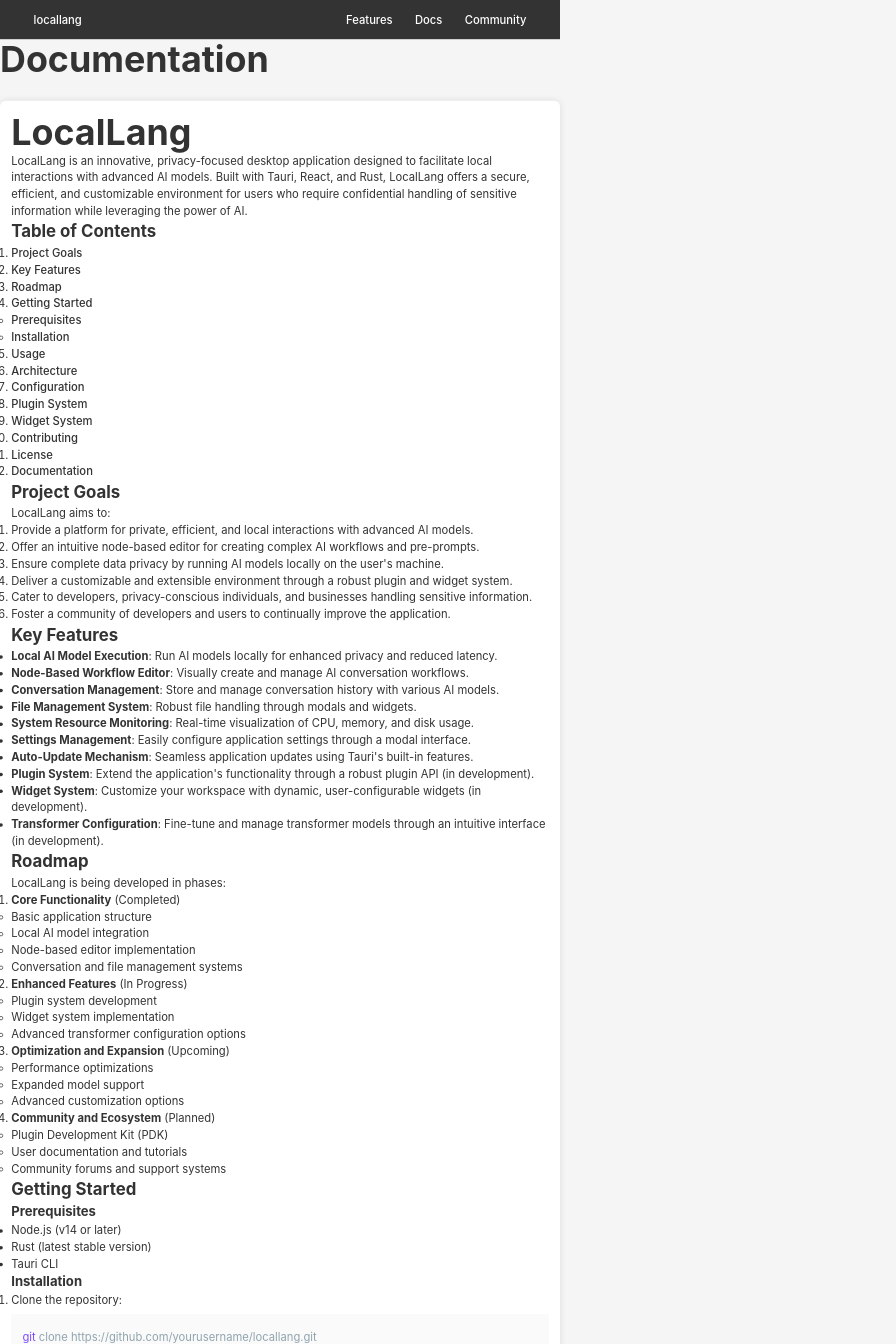
Repository: LayerDynamics/LocalLang-site
Page: /docs
An editor plug-in stored every save of this project. The page is shown before and after the next save, followed by the edit.
The browser window is 1280 px wide. The pictures show the part of the page from y = 0 to 1920 px (the page is 4062 px tall), at 70% of full size.
The page's requests for data from a server got no answer. The project was rebuilt for these pictures with package versions that can differ from the ones it lists, and the page was loaded fresh each time. No one was signed in, and anything a server would have sent is missing. Also part of the build but not shown: vite.config.ts, src/components/Landing.tsx, src/pages/Home.tsx, src/components/FeaturesShowcase.tsx, src/pages/Features.tsx, src/pages/Community.tsx.

Above is the page before, as saved 2024-08-31 09:31:46.

### src/App.tsx
/// src/App.tsx
import React from 'react';
import { BrowserRouter as Router, Route, Routes } from 'react-router-dom';
import Home from './pages/Home';
import Features from './pages/Features';
import Docs from './pages/Docs';
import Community from './pages/Community';
import Header from './components/Header';
import Footer from './components/Footer';
import GlobalStyles from './styles/GlobalStyles';

const App: React.FC = () => {
  return (
    <>
      <GlobalStyles />
      <Router>
        <Header />
        <Routes>
          <Route path="/" element={<Home />} />
          <Route path="/features" element={<Features />} />
          <Route path="/docs" element={<Docs />} />
          <Route path="/community" element={<Community />} />
        </Routes>
        <Footer />
      </Router>
    </>
  );
};

export default App;

### src/pages/Docs.tsx
// src/pages/Docs.tsx
import React from 'react';
import DocsContainer from '../components/DocsContainer';

const Docs: React.FC = () => {
  return (
    <div>
      <h1>Documentation</h1>
      <DocsContainer />
    </div>
  );
};

export default Docs;

### src/components/Header.tsx
// src/components/Header.tsx
import React from 'react';
import { Link } from 'react-router-dom';
import styled from 'styled-components';

const Nav = styled.nav`
  display: flex;
  justify-content: space-between;
  padding: 1rem 2rem;
  background-color: #333;
  color: white;

  a {
    color: white;
    margin: 0 1rem;
  }
`;

const Header: React.FC = () => {
  return (
    <Nav>
      <div>
        <Link to="/">locallang</Link>
      </div>
      <div>
        <Link to="/features">Features</Link>
        <Link to="/docs">Docs</Link>
        <Link to="/community">Community</Link>
      </div>
    </Nav>
  );
};

export default Header;

### src/components/Footer.tsx
// src/components/Footer.tsx
import React from 'react';
import styled from 'styled-components';
import { FaGithub, FaTwitter } from 'react-icons/fa';

const FooterContainer = styled.footer`
  display: flex;
  justify-content: center;
  padding: 1rem;
  background-color: #222;
  color: white;

  a {
    margin: 0 1rem;
    color: white;
  }
`;

const Footer: React.FC = () => {
  return (
    <FooterContainer>
      <a href="https://github.com/layerdynamics">
        <FaGithub size={30} />
      </a>
      <a href="https://twitter.com/your-profile">
        <FaTwitter size={30} />
      </a>
    </FooterContainer>
  );
};

export default Footer;

### src/styles/GlobalStyles.ts
// src/styles/GlobalStyles.ts
import { createGlobalStyle } from 'styled-components';

const GlobalStyles = createGlobalStyle`
  * {
    box-sizing: border-box;
    margin: 0;
    padding: 0;
    font-family: 'Inter', sans-serif;
  }

  body {
    background-color: #f5f5f5;
    color: #333;
  }

  a {
    text-decoration: none;
    color: inherit;
  }
`;

export default GlobalStyles;

### src/components/DocsContainer.tsx
// src/components/DocsContainer.tsx
import React, { useEffect, useState } from 'react';
import ReactMarkdown from 'react-markdown';
import styled from 'styled-components';
import { Prism as SyntaxHighlighter } from 'react-syntax-highlighter';
import { materialLight } from 'react-syntax-highlighter/dist/esm/styles/prism';

const Container = styled.div`
  max-width: 800px;
  margin: 2rem auto;
  padding: 1rem;
  background: #fff;
  box-shadow: 0 0 10px rgba(0, 0, 0, 0.1);
  border-radius: 8px;
`;

const DocsContainer: React.FC = () => {
  const [markdown, setMarkdown] = useState<string>('');

  useEffect(() => {
    const fetchMarkdown = async () => {
      try {
        // Attempt to fetch the markdown file from the remote GitHub repository
        const response = await fetch(
          'https://raw.githubusercontent.com/<your-github-username>/locallang/main/README.md'
        );
        if (!response.ok) throw new Error('Network response was not ok');
        const text = await response.text();
        setMarkdown(text);
      } catch (error) {
        console.error('Fetching remote README.md failed, switching to local.', error);
        // Switch to loading the local markdown file if the remote fetch fails
        switchToLocalMarkdown();
      }
    };

    const switchToLocalMarkdown = async () => {
      try {
        // Fetch the local markdown file from the public folder
        const response = await fetch('/README.md');
        if (!response.ok) throw new Error('Failed to load local README.md');
        const text = await response.text();
        setMarkdown(text);
      } catch (error) {
        console.error('Failed to load local README.md', error);
        setMarkdown('Error: Documentation is currently unavailable.');
      }
    };

    fetchMarkdown();
  }, []);

  return (
    <Container>
      <ReactMarkdown
        components={{
          code({ node, inline, className, children, ...props }) {
            const match = /language-(\w+)/.exec(className || '');
            return !inline && match ? (
              <SyntaxHighlighter style={materialLight} language={match[1]} PreTag="div" {...props}>
                {String(children).replace(/\n$/, '')}
              </SyntaxHighlighter>
            ) : (
              <code className={className} {...props}>
                {children}
              </code>
            );
          },
        }}
      >
        {markdown}
      </ReactMarkdown>
    </Container>
  );
};

export default DocsContainer;

### public/README.md
# LocalLang

LocalLang is an innovative, privacy-focused desktop application designed to facilitate local interactions with advanced AI models. Built with Tauri, React, and Rust, LocalLang offers a secure, efficient, and customizable environment for users who require confidential handling of sensitive information while leveraging the power of AI.

## Table of Contents

1. [Project Goals](#project-goals)
2. [Key Features](#key-features)
3. [Roadmap](#roadmap)
4. [Getting Started](#getting-started)
   - [Prerequisites](#prerequisites)
   - [Installation](#installation)
5. [Usage](#usage)
6. [Architecture](#architecture)
7. [Configuration](#configuration)
8. [Plugin System](#plugin-system)
9. [Widget System](#widget-system)
10. [Contributing](#contributing)
11. [License](#license)
12. [Documentation](#documentation)

## Project Goals

LocalLang aims to:

1. Provide a platform for private, efficient, and local interactions with advanced AI models.
2. Offer an intuitive node-based editor for creating complex AI workflows and pre-prompts.
3. Ensure complete data privacy by running AI models locally on the user's machine.
4. Deliver a customizable and extensible environment through a robust plugin and widget system.
5. Cater to developers, privacy-conscious individuals, and businesses handling sensitive information.
6. Foster a community of developers and users to continually improve the application.

## Key Features

- **Local AI Model Execution**: Run AI models locally for enhanced privacy and reduced latency.
- **Node-Based Workflow Editor**: Visually create and manage AI conversation workflows.
- **Conversation Management**: Store and manage conversation history with various AI models.
- **File Management System**: Robust file handling through modals and widgets.
- **System Resource Monitoring**: Real-time visualization of CPU, memory, and disk usage.
- **Settings Management**: Easily configure application settings through a modal interface.
- **Auto-Update Mechanism**: Seamless application updates using Tauri's built-in features.
- **Plugin System**: Extend the application's functionality through a robust plugin API (in development).
- **Widget System**: Customize your workspace with dynamic, user-configurable widgets (in development).
- **Transformer Configuration**: Fine-tune and manage transformer models through an intuitive interface (in development).

## Roadmap

LocalLang is being developed in phases:

1. **Core Functionality** (Completed)
   - Basic application structure
   - Local AI model integration
   - Node-based editor implementation
   - Conversation and file management systems

2. **Enhanced Features** (In Progress)
   - Plugin system development
   - Widget system implementation
   - Advanced transformer configuration options

3. **Optimization and Expansion** (Upcoming)
   - Performance optimizations
   - Expanded model support
   - Advanced customization options

4. **Community and Ecosystem** (Planned)
   - Plugin Development Kit (PDK)
   - User documentation and tutorials
   - Community forums and support systems

## Getting Started

### Prerequisites

- Node.js (v14 or later)
- Rust (latest stable version)
- Tauri CLI

### Installation

1. Clone the repository:
   ```bash
   git clone https://github.com/yourusername/locallang.git
   cd locallang
   ```

2. Install dependencies:
   ```bash
   npm install
   ```

3. Build the application:
   ```bash
   npm run tauri build
   ```

## Usage

1. **Launching the Application**:
   ```bash
   npm run tauri dev
   ```

2. **Using the Node-Based Workflow Editor**:
   - Drag and drop nodes to create conversation structures.
   - Connect nodes to establish the flow of information.
   - Configure individual nodes for specific AI tasks or context setting.

3. **Managing Conversations**:
   - View and continue previous conversations from the conversation list.
   - Export or delete conversations as needed.

4. **File Management**:
   - Open the File Manager from the sidebar.
   - Upload files by dragging and dropping or using the "Upload" button.
   - Select files to include them in your conversations or workflows.

5. **Monitoring System Resources**:
   - Open the System Monitor widget from the dashboard.
   - View real-time updates on CPU, memory, and disk usage.

6. **Customizing the Application**:
   - Adjust settings through the modal interface.
   - (Coming soon) Install and manage plugins for extended functionality.
   - (Coming soon) Add and customize widgets for a personalized experience.

## Architecture

LocalLang is built on a modular architecture using Tauri as the core framework. This allows for a lightweight, efficient desktop application that leverages web technologies for the frontend and Rust for backend operations.

Key components include:
- **Frontend**: React, TypeScript, styled-components
- **Backend**: Rust, SQLite
- **Desktop Framework**: Tauri
- **AI Integration**: Local model execution (specifics may vary based on chosen models)

## Configuration

1. Open the Settings modal from the main menu.
2. Configure your preferences for:
   - AI models and parameters
   - User interface theme
   - File storage locations
   - Plugin settings (once available)
   - Widget layouts (once available)

## Plugin System

The plugin system is currently under development. Once released, it will allow you to:
- Install third-party plugins to extend functionality.
- Develop your own plugins using our comprehensive API.
- Manage and configure installed plugins through the settings interface.

## Widget System

The widget system is in progress. Upon completion, you'll be able to:
- Add, remove, and rearrange widgets on your dashboard.
- Customize widget appearance and behavior.
- Create your own widgets using our widget development framework.

## Contributing

We welcome contributions to LocalLang! Please read our [CONTRIBUTING.md](docs/CONTRIBUTING.md) for details on our code of conduct and the process for submitting pull requests.

## License

This project is licensed under the MIT License - see the [LICENSE.md](docs/LICENSE.md) file for details.

## Documentation

For more detailed information, please refer to the following documents in the `docs` folder:

- [CONTRIBUTING.md](docs/CONTRIBUTING.md): Guidelines for contributing to the project.
- [INSTALLATION.md](docs/INSTALLATION.md): Detailed installation instructions and troubleshooting.
- [USER_GUIDE.md](docs/USER_GUIDE.md): Comprehensive guide on using LocalLang.
- [PLUGIN_DEVELOPMENT.md](docs/PLUGIN_DEVELOPMENT.md): Guide for developing plugins.
- [WIDGET_DEVELOPMENT.md](docs/WIDGET_DEVELOPMENT.md): Instructions for creating custom widgets.
- [SECURITY.md](docs/SECURITY.md): Information about security measures and best practices.
- [ROADMAP.md](docs/ROADMAP.md): Future plans and goals for LocalLang.
- [CHANGELOG.md](docs/CHANGELOG.md): Record of changes in each version.
- [FAQ.md](docs/FAQ.md): Answers to frequently asked questions.
- [AI_MODELS.md](docs/AI_MODELS.md): Information about supported AI models.
- [NODE_EDITOR_GUIDE.md](docs/NODE_EDITOR_GUIDE.md): Guide on using the node-based workflow editor.
- [PERFORMANCE_TUNING.md](docs/PERFORMANCE_TUNING.md): Tips for optimizing performance.

Loaded but not shown: index.html (common file); src/main.tsx (common file); src/index.css (common file)

After the next save:
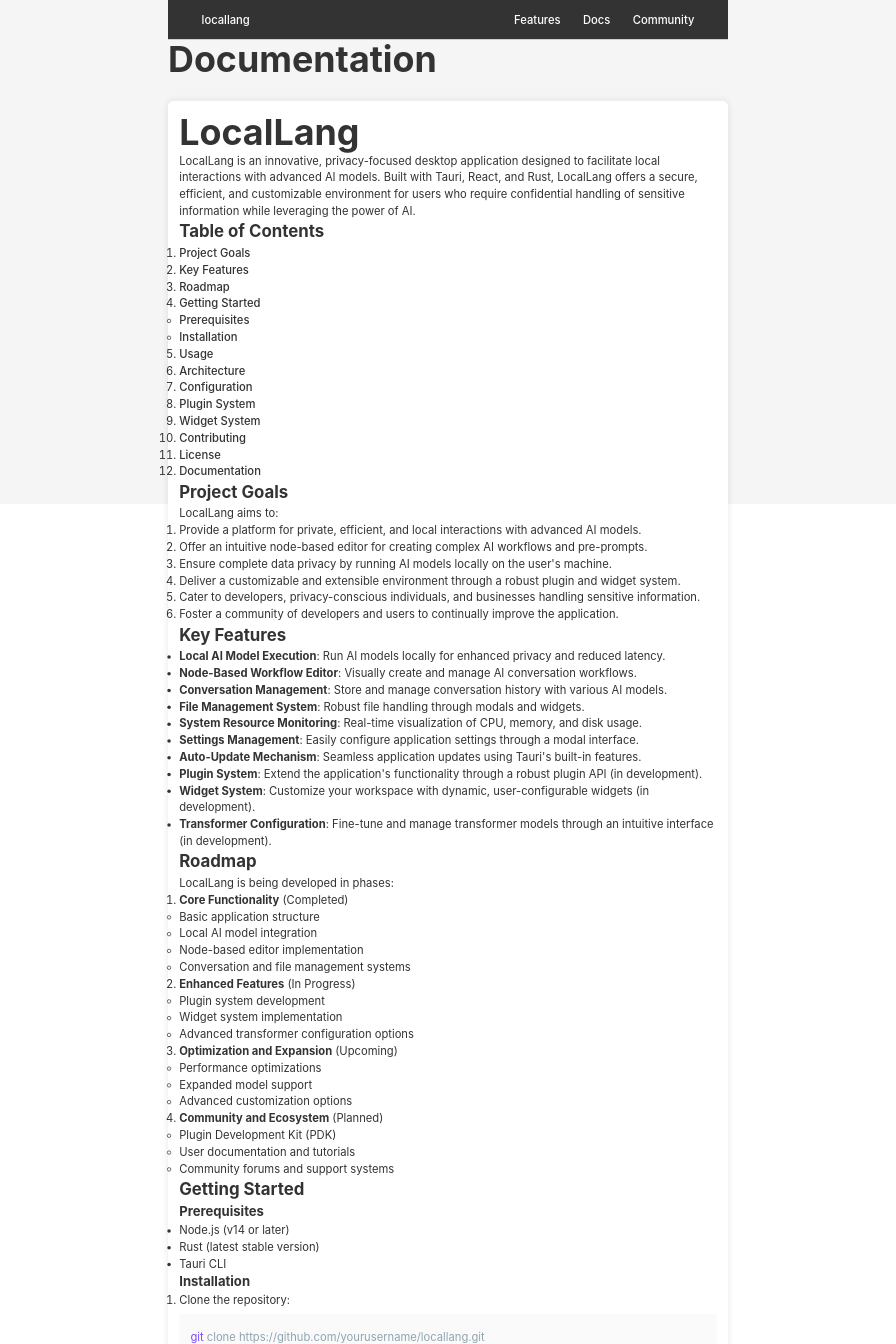
Saved 5 min 37 s later.
--- a/src/styles/GlobalStyles.ts
+++ b/src/styles/GlobalStyles.ts
@@ -9,9 +9,19 @@
     font-family: 'Inter', sans-serif;
   }
 
-  body {
+  html, body {
+    height: 100%;
+    min-height: 100vh;
+    display: flex;
+    flex-direction: column;
     background-color: #f5f5f5;
     color: #333;
+  }
+
+  #root {
+    flex: 1;
+    display: flex;
+    flex-direction: column;
   }
 
   a {
